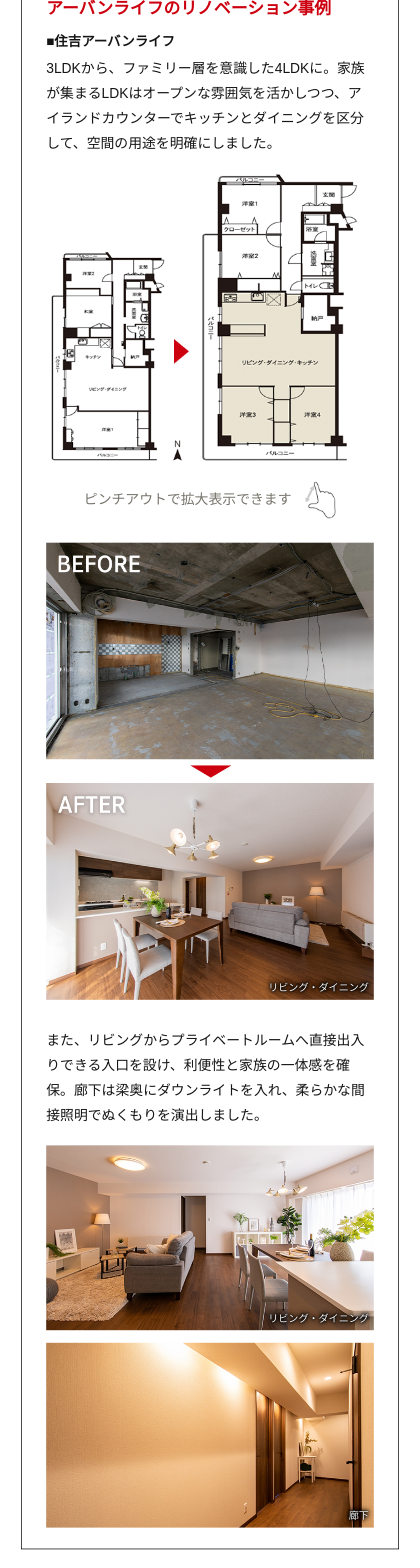
Repository: duongspm/group-kansai_new-data
Page: group-kansai_new/pickup/column07.html
The author's editor kept a copy of each file at every save. The page is drawn from the files as they stood at one save, then again after a run of saves.
The browser window is 600 px wide. The pictures show the part of the page from y = 4075 to 6315 px (the page is 8569 px tall before and 8624 px after), at 70% of full size.

Above is the page before, as saved 2023-07-03 13:08:36.

After the next 2 saves:
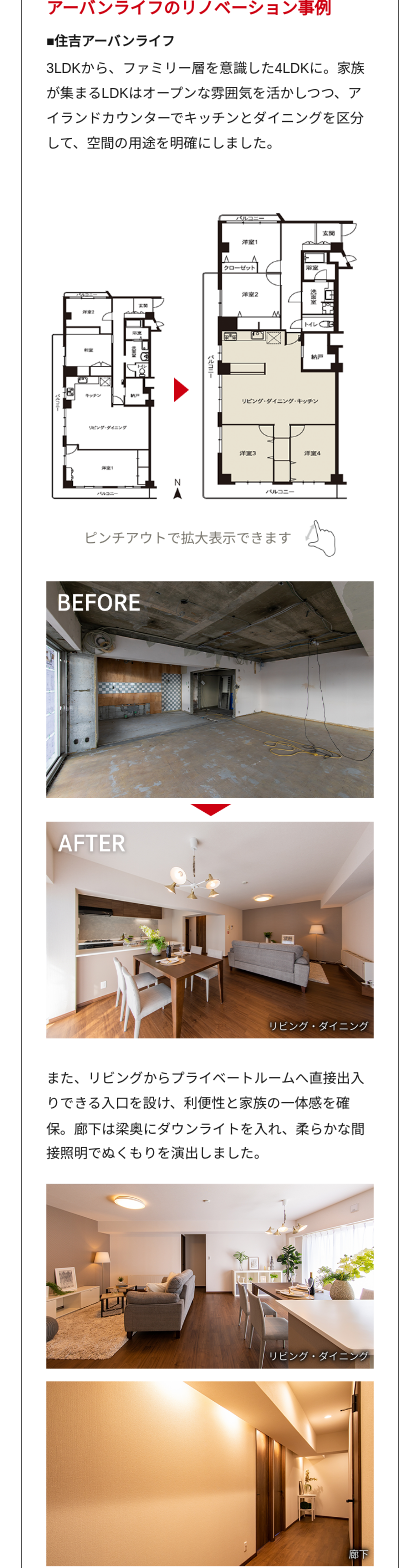
The 2 saves are shown as one change because they came seconds apart.
The last was saved 17 s later.
--- a/group-kansai_new/pickup/css/column.css
+++ b/group-kansai_new/pickup/css/column.css
@@ -297,7 +297,7 @@
     #column07 .column-box:not(:last-of-type) {
         margin: 0 0 3rem;
     }
-    .column07__box .flex:nth-child(1) {
+    .column07__box .flex:first-of-type {
         padding-top: 80px;
     }
 }
